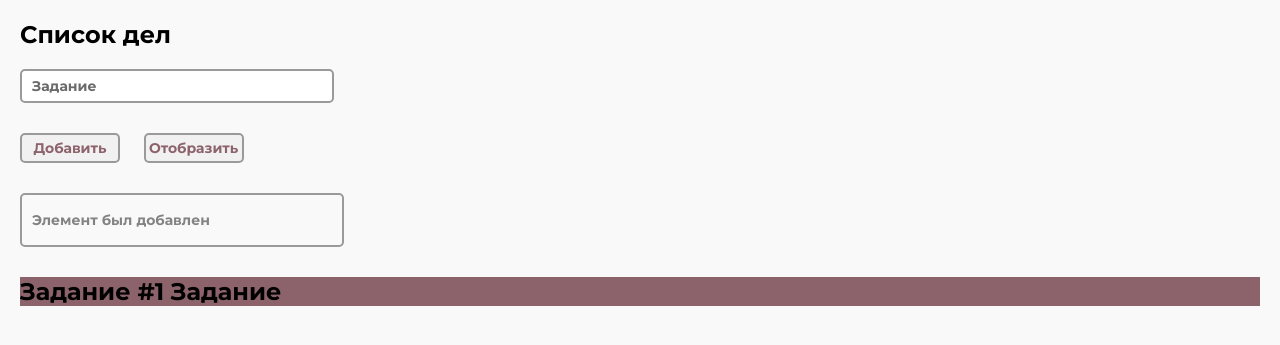
Repository: andbaik/it_unit9
Page: index.html
These files come from the project's save history. The page is drawn as it stood at one moment and after the next save; the edit follows.
The browser window is 1280 px wide. The pictures show the whole page.
After loading, the first visible `#add_btn` was clicked once.

Above is the page before, as saved 2021-04-10 23:27:16.

### index.html
<!DOCTYPE html>
<html lang="ru">
<head>
    <meta charset="UTF-8">
    <meta http-equiv="X-UA-Compatible" content="IE=edge">
    <meta name="viewport" content="width=device-width, initial-scale=1.0">
    <title>Список дел</title>
    <link rel="stylesheet" href="/css/style.css">
</head>
<body>

    <head>
        <h1>Список дел</h1>
    </head>
    <section>
        <input type="text" name="task" id="task" value="Задание">
        <div class="btn-block">
        <button id="add_btn" class="add-task btn">Добавить</button>
        <button id="show_btn" class="show-task btn">Отобразить</button>
        </div>
        <div id="result"> Элемент был добавлен</div>
    </section>
    <script src="https://ajax.googleapis.com/ajax/libs/jquery/3.6.0/jquery.min.js"></script>
    <script>
        let count = 0;
        $("#add_btn").on('click',function(){
            let task = $("input").val()
            count++;
            $("#result").css("display", "block");
            setTimeout( function(){$("#result").hide()}, 2000);
            $('<div>').attr({'class':'add_item',}).insertAfter ("#result");
                $(".add_item").html("<h1>"+'Задание #'+count+' ' +task+"</h1>").appendTo('section');

        });
    </script>
<!--$('body').append('<p>This is the text in new element.<p>');
    $(".add_item").html("<h1>"+'Задание #'+count+' ' +task+"</h1>");
-->

</body>
</html>

### css/style.css
@import url('https://fonts.googleapis.com/css2?family=Montserrat:wght@400;700&display=swap');

* {
    margin: 0;
    padding: 0;
    font-family: 'Montserrat', sans-serif;
    font-size: 14px;
}

body {
    margin: 20px;
    background-color: #FAF9FA;

}

h1 {
    font-size: 24px;
}

input {
    width: 300px;
    height: 30px;
    border: 2px solid #9B9A9B;
    border-radius: 5px;
    color: #6B6A6B;
    outline: none;
    padding-left: 10px;
    font-weight: 700;
    margin: 20px 0;
}

input:focus{
    border-color: #8C636B;
    color: #8C636B;
}

section .btn-block{
    margin: 10px 0;
}

.btn {
    width: 100px;
    height: 30px;
    background-color: #F2F1F2;
    color: #8C636B;
    border: 2px solid #9B9A9B;
    border-radius: 5px;
    font-weight: 700;
    outline: none;

}

.btn:hover {
    border-color: rgb(151, 24, 24);
    background-color: #8C636B;
    color: white;
}

.show-task{
    margin-left: 20px;
}

#result {
    width: 300px;
    height: 30px;
    border: 2px solid #9B9A9B;
    border-radius: 5px;
    line-height: 30px;
    font-weight: 700;
    color: #848384;
    padding: 10px;
    margin: 30px 0;
    display:none;
}

.add-el{
    color: #5C5B5C;
}

.add_item {
    background-color: #8C636B;
}

After the next save:
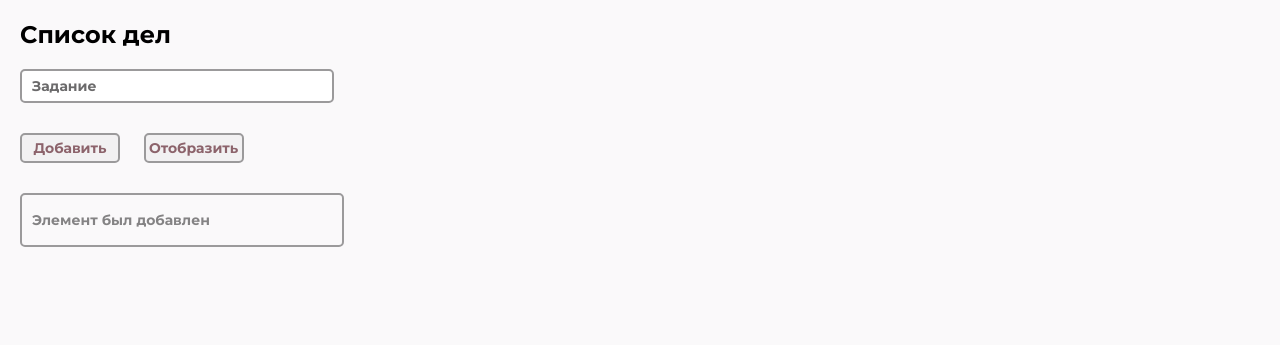
Console error: TypeError: $(...).attr(...).css.insertAfter is not a function
Saved 13 s later.
--- a/index.html
+++ b/index.html
@@ -28,7 +28,7 @@
             count++;
             $("#result").css("display", "block");
             setTimeout( function(){$("#result").hide()}, 2000);
-            $('<div>').attr({'class':'add_item',}).insertAfter ("#result");
+            $('<div>').attr({'class':'add_item',}).css.insertAfter ("#result");
                 $(".add_item").html("<h1>"+'Задание #'+count+' ' +task+"</h1>").appendTo('section');
 
         });

After the 2 saves that followed:
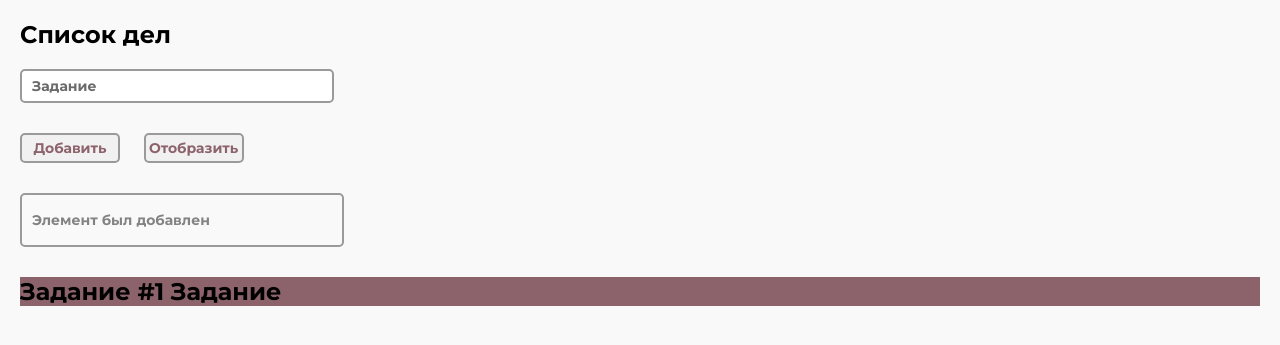
The error is gone.
The 2 saves are shown as one change because they came seconds apart.
The last was saved 8 s later.
--- a/index.html
+++ b/index.html
@@ -28,7 +28,7 @@
             count++;
             $("#result").css("display", "block");
             setTimeout( function(){$("#result").hide()}, 2000);
-            $('<div>').attr({'class':'add_item',}).css.insertAfter ("#result");
+            $('<div>').attr({'class':'add_item',}).css({}).insertAfter ("#result");
                 $(".add_item").html("<h1>"+'Задание #'+count+' ' +task+"</h1>").appendTo('section');
 
         });
